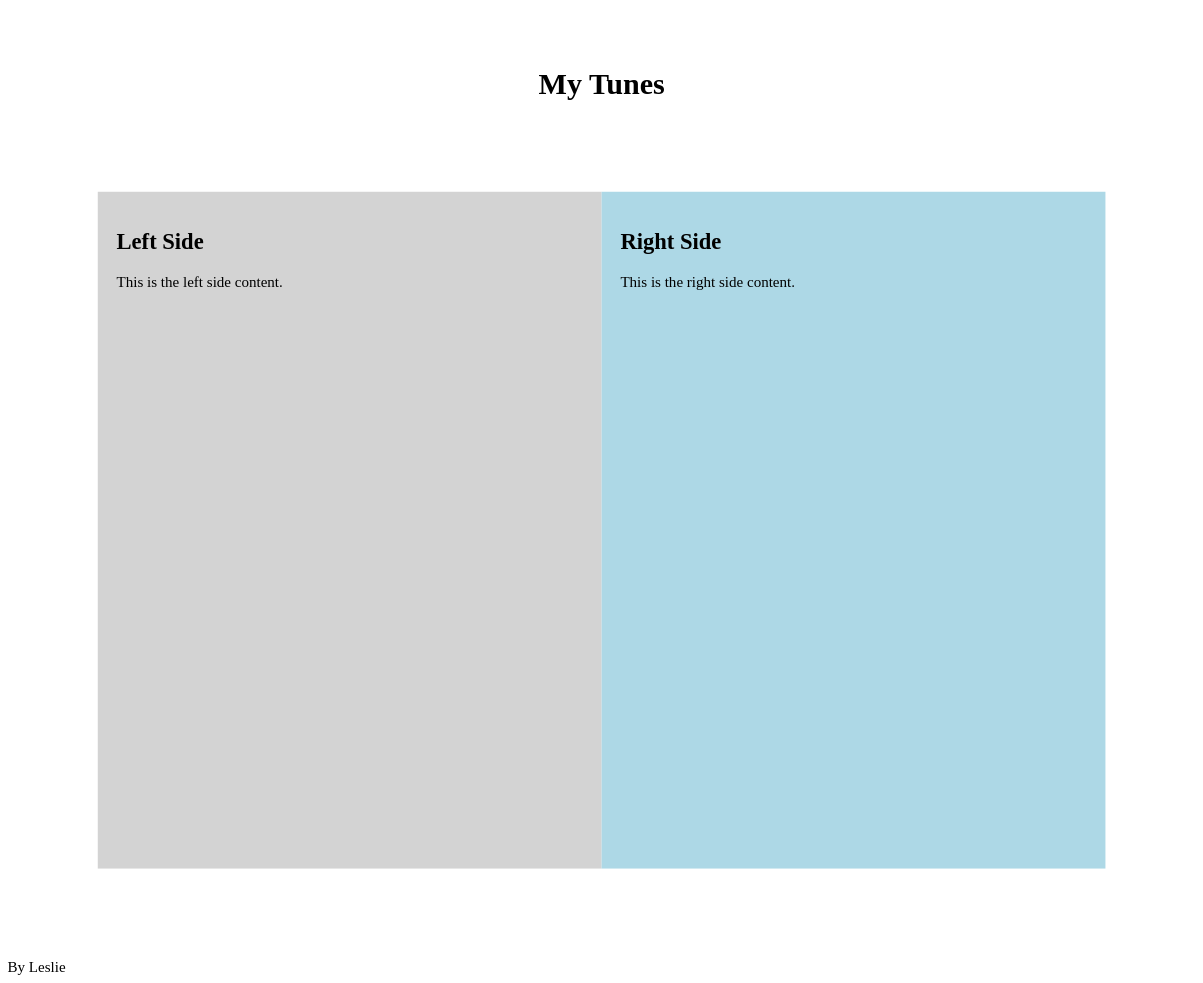
Repository: leslie179/labOne
Page: /
An editor plug-in stored every save of this project. The page is shown before and after the next save, followed by the edit.
The browser window is 1280 px wide. The pictures show the whole page, at 94% of full size.
The project was rebuilt for these pictures with package versions that can differ from the ones it lists, and the page was loaded fresh each time. The framework's server and built-in components were replaced by stand-ins that run in the browser. Also part of the build but not shown: next.config.js, components/Footer/Footer.module.css, components/LeftComponent/LeftComponent.module.css, components/RightComponent/RightComponent.module.css.

Above is the page before, as saved 2024-09-15 21:38:34.

### pages/index.js
import Head from 'next/head'
import styles from '@/styles/Home.module.css'
import Footer from '@/components/Footer'
import Header from '@/components/Header'
import LeftComponent from '@/components/LeftComponent'
import RightComponent from '@/components/RightComponent'

export default function Home() {
  return (
    <>
      <Head>
        <title>Create Next App</title>
        <meta name="description" content="Generated by create next app" />
        <meta name="viewport" content="width=device-width, initial-scale=1" />
        <link rel="icon" href="/favicon.ico" />
      </Head>
      <Header/>
      <main className={`${styles.main}`}>
      <div className={styles.container}>
      <div className={styles.left}>
                <LeftComponent />
            </div>
            <div className={styles.right}>
                <RightComponent />
            </div>
            </div>
      </main>
      <Footer/>
    </>
  )
}

### styles/globals.css
:root {


}

a {
  color: inherit;
  text-decoration: none;
}

### styles/Home.module.css
.main {
  display: flex;
  flex-direction: column;
  justify-content: space-between;
  align-items: center;
  padding: 6rem;
  min-height: 20vh;
}


.container {
  display: flex;
  width: 100%;
  height: 100vh;
}

.left, .right {
  width: 50%;
  padding: 20px;
  box-sizing: border-box;
}

.left {
  background-color: lightgray;
}

.right {
  background-color: lightblue;
}

### components/Footer/index.js
import styles from "./Footer.module.css"

export default function Footer() {
    return(
        <footer className={styles.Footer}>
            By Leslie
        </footer>
    )
}

### components/Header/index.js
import styles from './Header.module.css';


export default function Header() {
    return (
        <header className={styles.header}>
            <h1>My Tunes</h1>
        </header>
    );
}

### components/LeftComponent/index.js
import styles from './LeftComponent.module.css';

export default function LeftComponent() {
    return (
        <div>
            <h2>Left Side</h2>
            <p>This is the left side content.</p>
        </div>
    );
}

### components/RightComponent/index.js
import styles from './RightComponent.module.css';

export default function RightComponent() {
    return (
        <div>
            <h2>Right Side</h2>
            <p>This is the right side content.</p>
        </div>
    );
}

### components/Header/Header.module.css
.header {
    text-align: center;
    padding-top: 5%;
  }

  .header h1 {
    margin: 0;
    padding: 0;
    font-size: 2rem; /* Adjust as needed */
  }

Loaded but not shown: pages/_app.js (common file); pages/_document.js (common file)

After the next save:
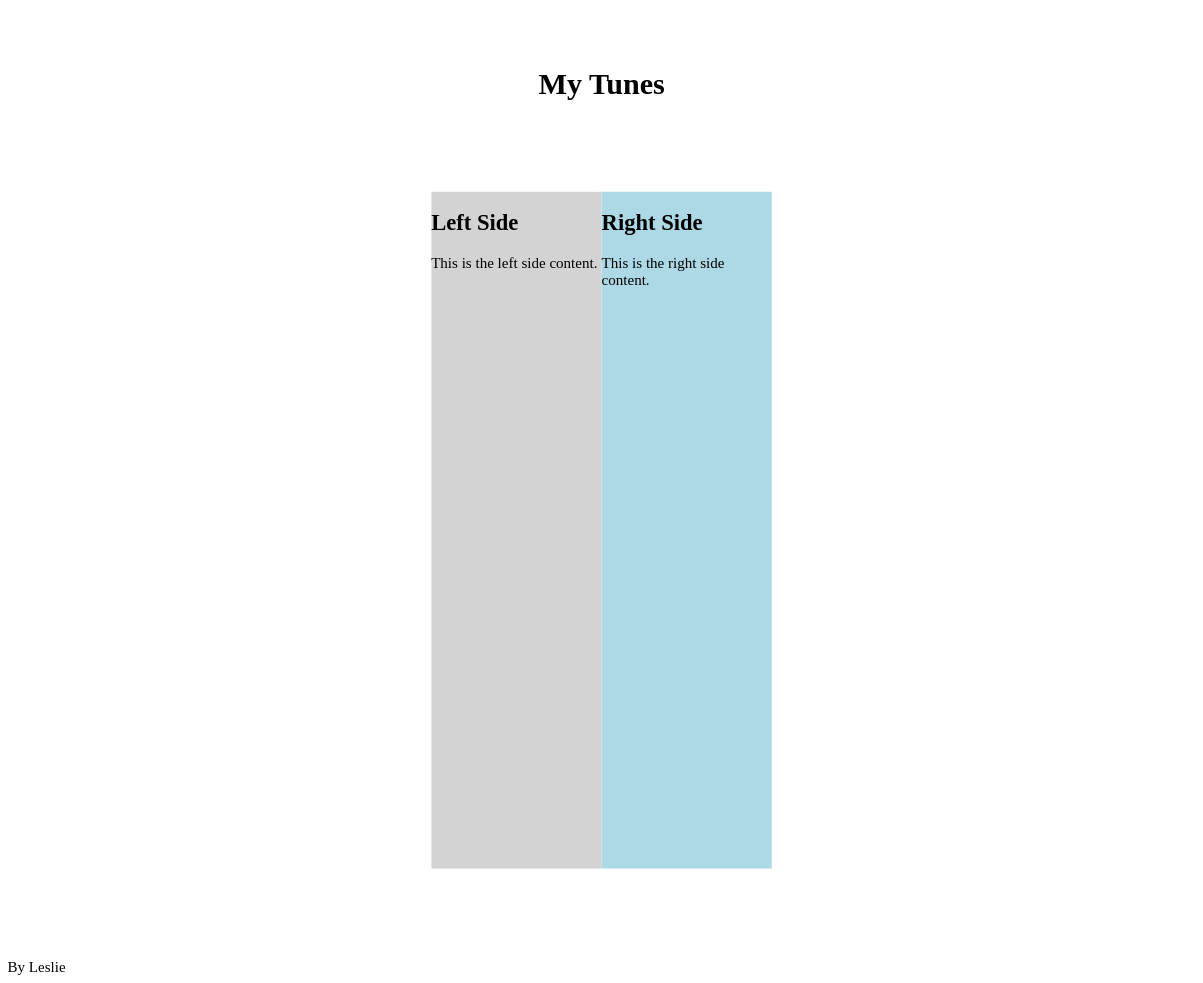
Saved 5 s later.
--- a/styles/Home.module.css
+++ b/styles/Home.module.css
@@ -10,13 +10,13 @@
 
 .container {
   display: flex;
-  width: 100%;
+  justify-content: space-between;
   height: 100vh;
 }
 
 .left, .right {
-  width: 50%;
-  padding: 20px;
+  flex: 1;
+  padding: 100;
   box-sizing: border-box;
 }
 
